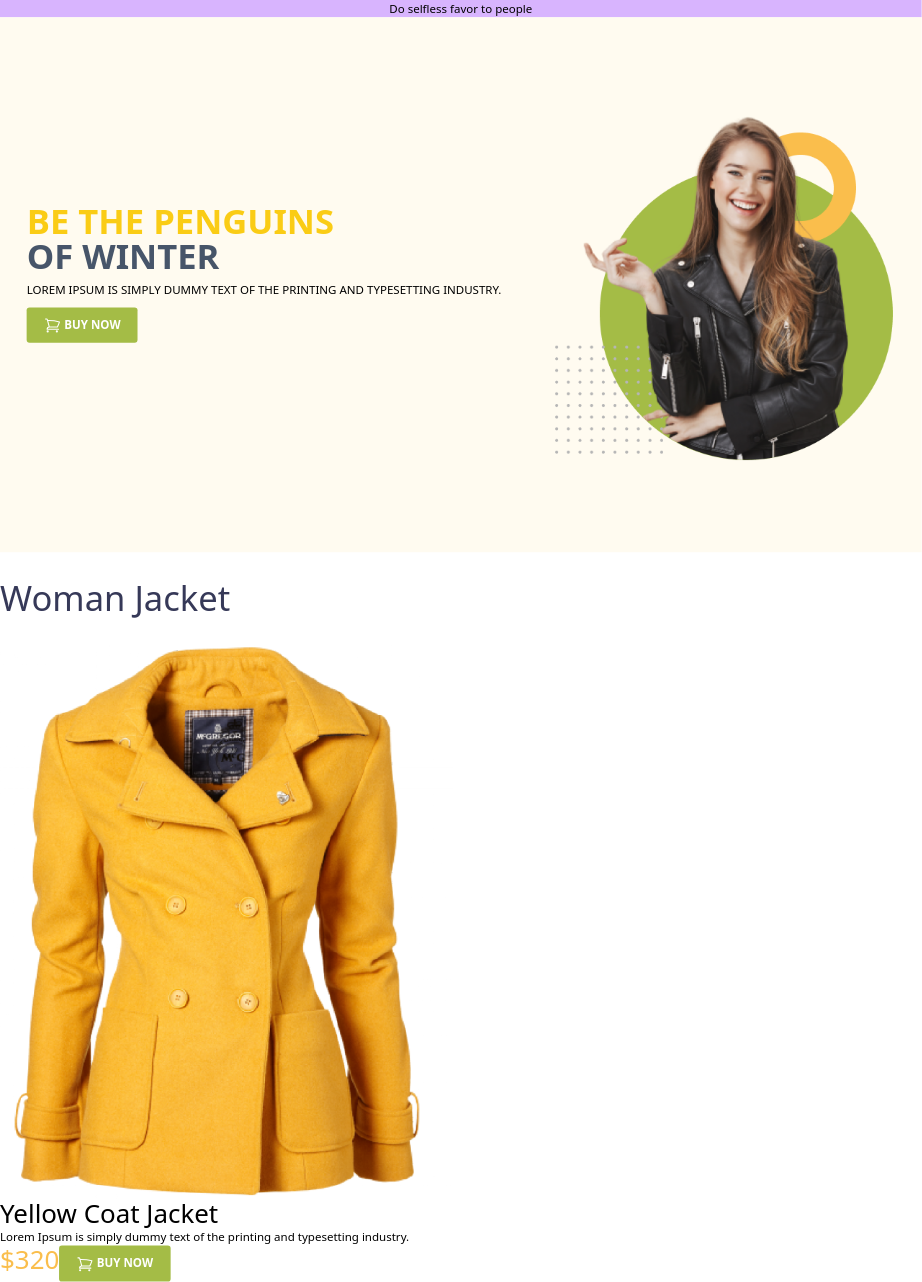
Repository: zjria/penguin-e-commerce-fashion
Page: index.html
These files come from the project's save history. The page is drawn as it stood at one moment and after the next save; the edit follows.
The browser window is 1280 px wide. The pictures show the whole page, at 72% of full size.
Some web libraries are served in a nearby version.

Above is the page before, as saved 2022-10-07 07:24:25.

After the next save:
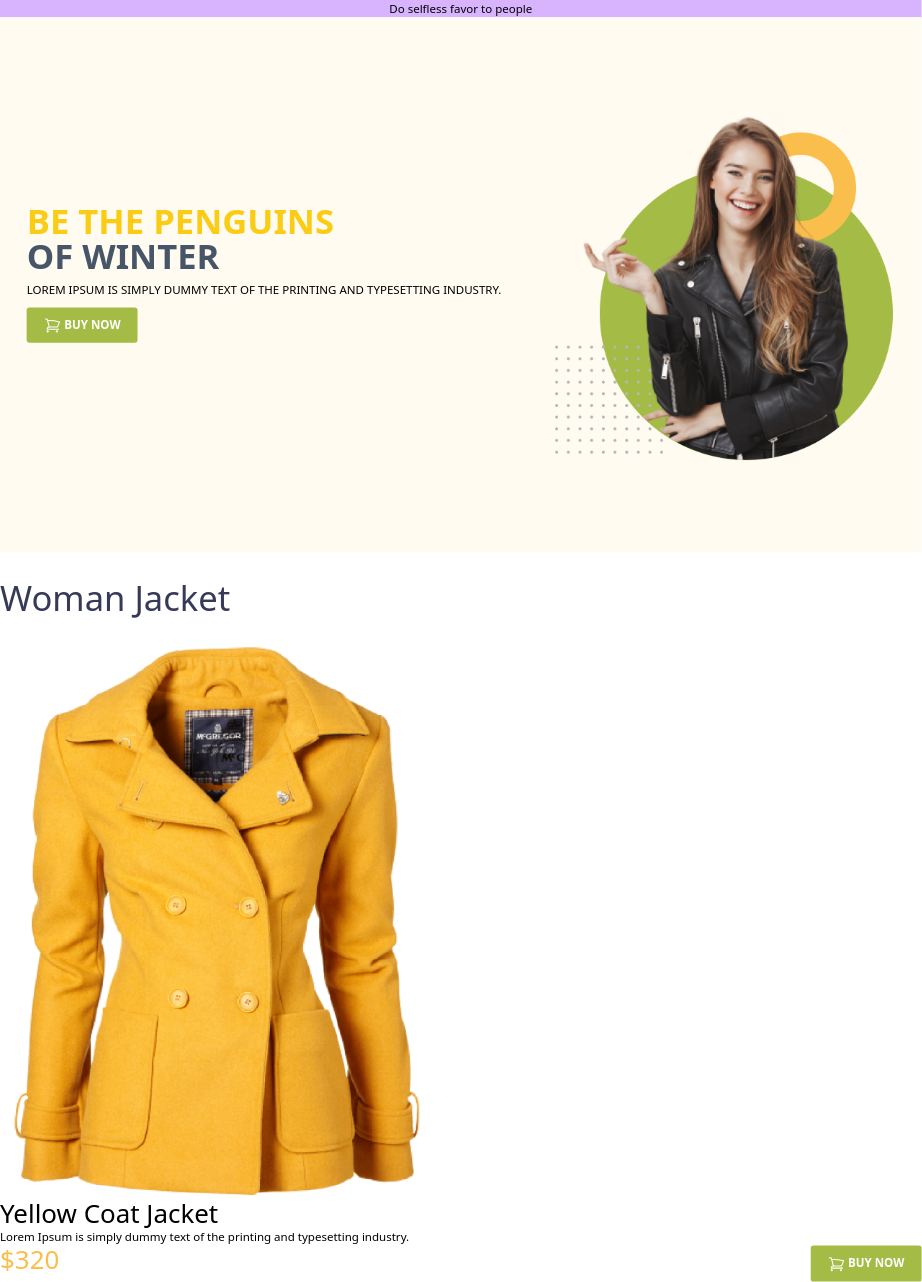
Saved 10 s later.
--- a/index.html
+++ b/index.html
@@ -68,7 +68,7 @@
                     <h3 class="text-4xl">Yellow Coat Jacket</h3>
                     <p>Lorem Ipsum is simply dummy text of the
                         printing and typesetting industry.</p>
-                    <div class="price_button flex">
+                    <div class="price_button flex justify-between">
                         <h3 class="text-4xl text-price_color">$320</h3>
                         <button
                             class="uppercase bg-[#A4BC46] py-3 px-6 text-white font-semibold rounded font-anther_text">
